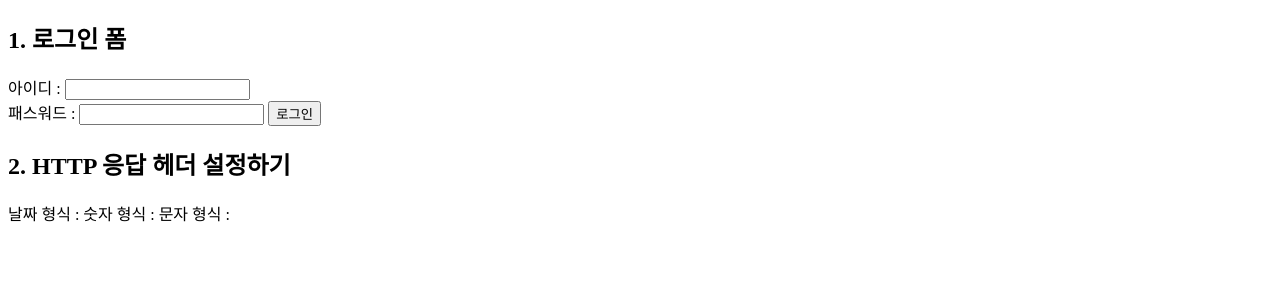
Repository: iamstudybox00/JSP_Servlet
Page: http://localhost/MustHaveJSP/02ImplicitObject/ResponseMain.jsp
The author's editor kept a copy of each file at every save. The page is drawn from the files as they stood at one save, then again after a run of saves.
The browser window is 1280 px wide. The pictures show the whole page.
The page is served by Tomcat 10.

Above is the page before, as saved 2025-05-02 07:15:29.

After the next 2 saves:
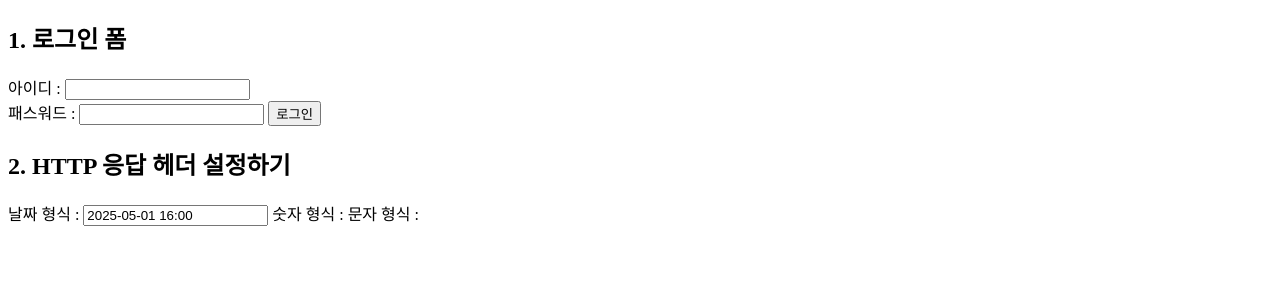
The 2 saves are shown as one change because they came seconds apart.
The last was saved 36 s later.
--- a/MustHaveJSP/src/main/webapp/02ImplicitObject/ResponseMain.jsp
+++ b/MustHaveJSP/src/main/webapp/02ImplicitObject/ResponseMain.jsp
@@ -22,7 +22,7 @@
 
 		<h2>2. HTTP 응답 헤더 설정하기</h2>
 		<form action="./ResponseHeader.jsp" method="get">
-			날짜 형식 :
+			날짜 형식 : <input type="text" name="add_date" value="2025-05-01 16:00" />
 			숫자 형식 :
 			문자 형식 :
 		</form>
